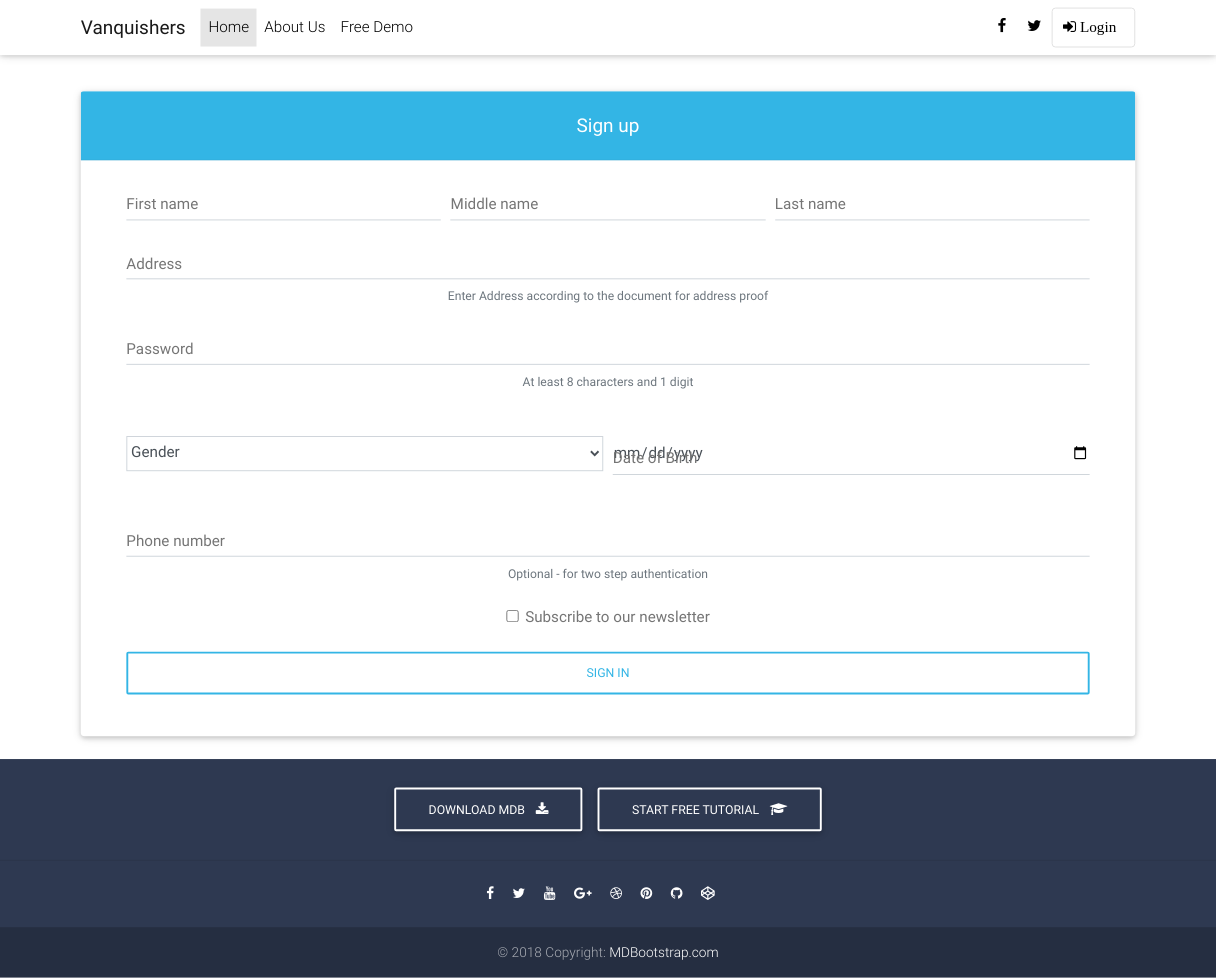
Repository: KJSCEhack/KJSCE_Vanquishers
Page: http://localhost/demo.php
The author's editor kept a copy of each file at every save. The page is drawn from the files as they stood at one save, then again after the next save.
The browser window is 1280 px wide. The pictures show the whole page, at 95% of full size.
The page is run by PHP 8.4 with error messages shown; the project is at /var/www/html/.

Above is the page before, as saved 2018-10-06 09:42:47.
Console error: TypeError: $(...).material_select is not a function

After the next save:
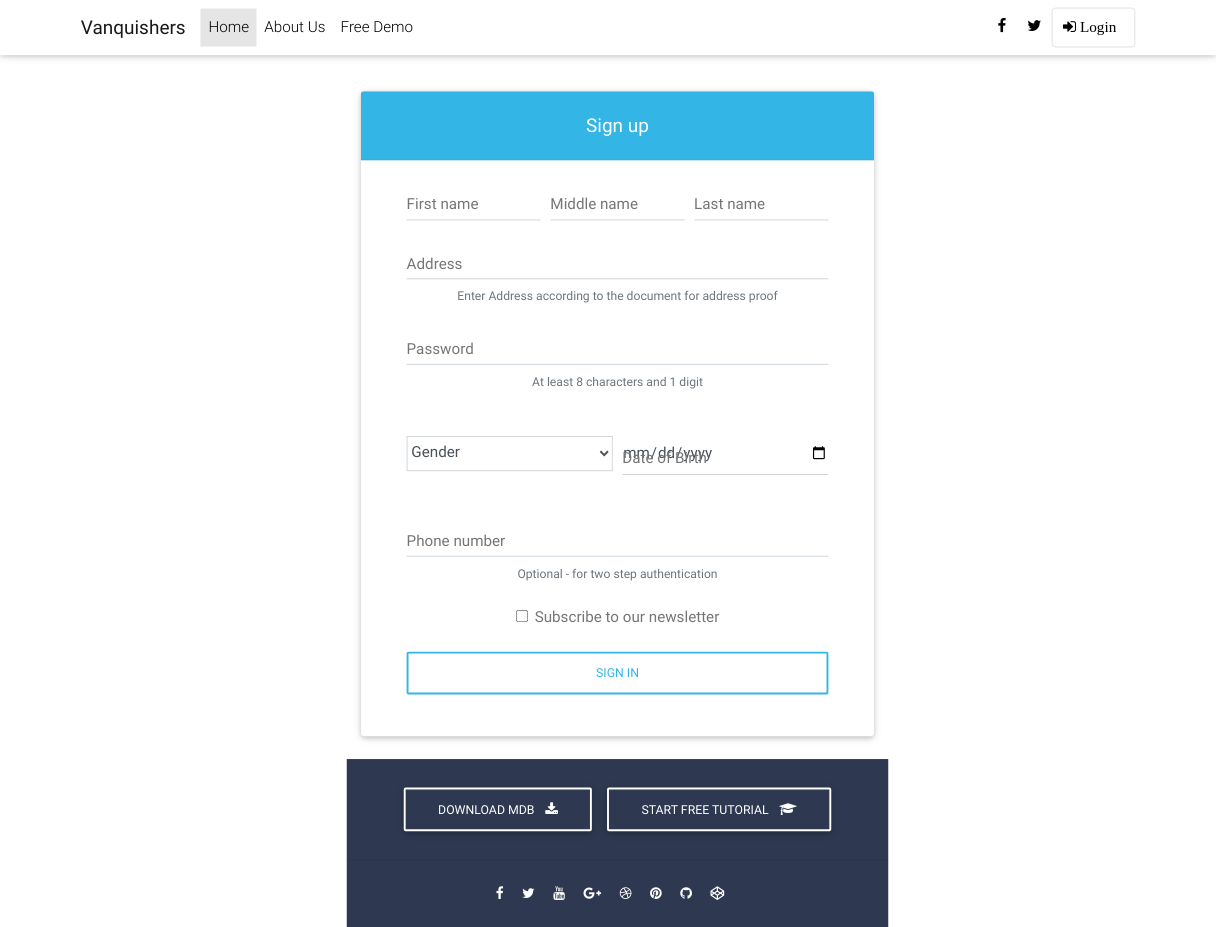
Saved 9 min 30 s later.
--- a/demo.php
+++ b/demo.php
@@ -100,6 +100,8 @@ mysqli_close($conn);
     <!--Main Navigation-->
 
     <!--Main layout-->
+
+    <div class="col-md-6" style="float:left; margin-left:350px; width:600px;">
     <main class="mt-5 pt-5">
         <div class="container">
             <!-- Material form register -->
@@ -254,6 +256,7 @@ mysqli_close($conn);
             </a>
         </div>
         <!-- Social icons -->
+</div>
 
         <!--Copyright-->
         <div class="footer-copyright py-3">
